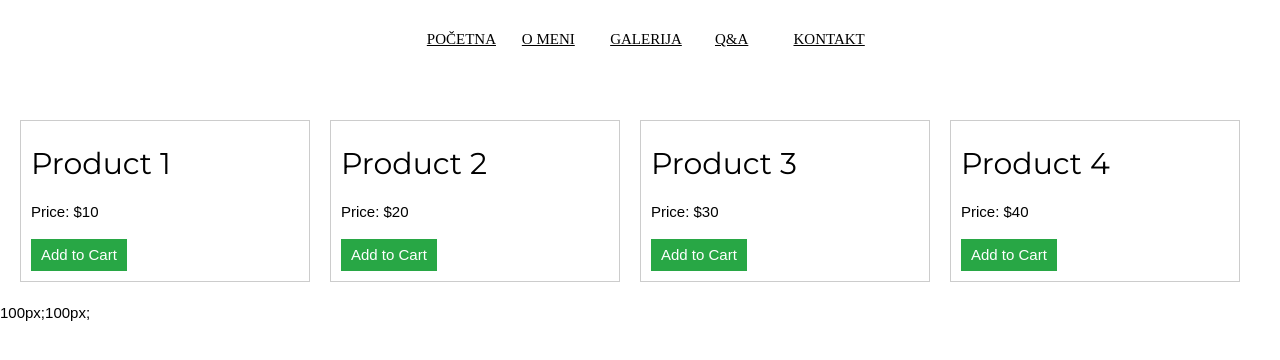
Repository: ReljaStefanovicGitHub/23tattoo
Page: shop.html
An editor plug-in stored every save of this project. The page is shown before and after the next save, followed by the edit.
The browser window is 1280 px wide. The pictures show the whole page.
Some web fonts or font styles are not loaded; a fallback is used.

Above is the page before, as saved 2024-07-23 12:20:48.
Console error: ReferenceError: emailjs is not defined
Not found: script.js

After the next save:
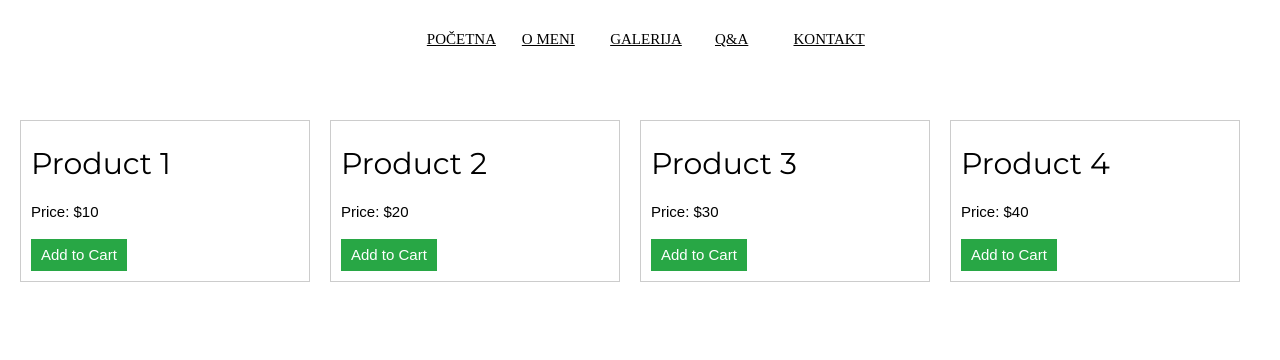
Saved 5 s later.
--- a/shop.html
+++ b/shop.html
@@ -69,4 +69,3 @@
     <script src="script.js"></script>
 </body>
 </html>
-100px;100px;
